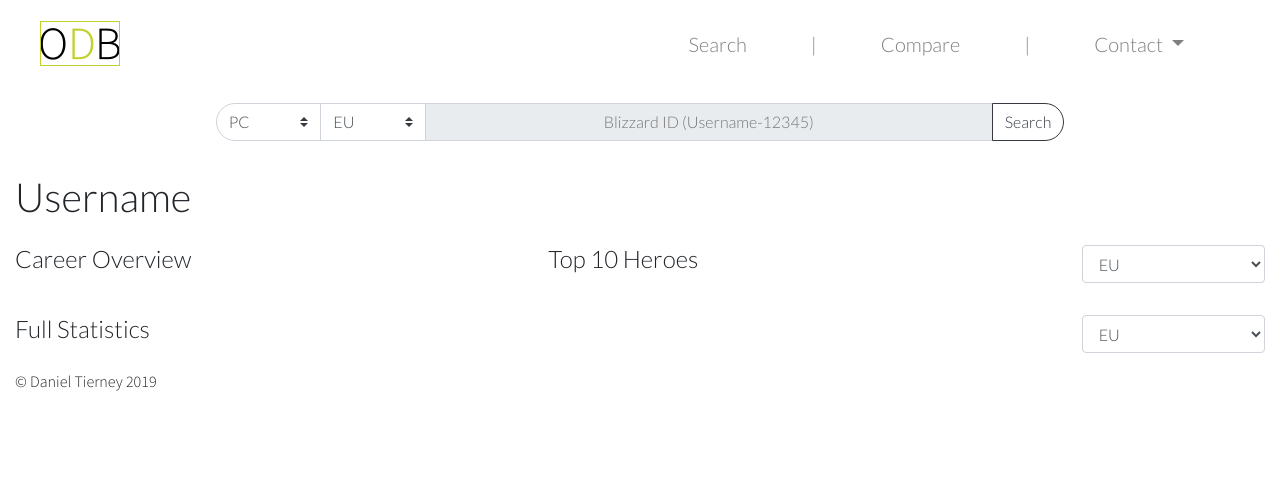
Repository: Cobonkoi/overwatch-dashboard
Page: search.html
The author's editor kept a record of every edit. The page is drawn from the files as they stood at one moment, then again after the next edit.
The browser window is 1280 px wide. The pictures show the whole page.

Above is the page before.

### search.html
<!DOCTYPE html>
<html lang="en">

<head>
    <meta charset="UTF-8">
    <meta name="viewport" content="width=device-width, initial-scale=1.0">
    <meta http-equiv="X-UA-Compatible" content="ie=edge">
    <title>Overwatch Dashboard</title>
    <link rel="stylesheet" href="libraries/bootstrap.min.css" type="text/css" />
    <link rel="stylesheet" href="https://stackpath.bootstrapcdn.com/font-awesome/4.7.0/css/font-awesome.min.css" type="text/css" />
    <link href="https://fonts.googleapis.com/css?family=Lato:300|Source+Sans+Pro:300&display=swap" rel="stylesheet">
    <link rel="stylesheet" href="assets/css/style.css" type="text/css" />
</head>

<body>
    <!-- NAVBAR -->
    <nav class="navbar navbar-expand-sm navbar-light my-2">
        <a href="index.html" class="navbar-brand ml-4"><img src="assets/images/brand-image.png" alt="Website Logo" width="80" height="45"></a>

        <button class="navbar-toggler ml-auto" type="button" data-toggle="collapse" data-target="#navbarNavDropdown" aria-controls="navbarNavDropdown" aria-expanded="false" aria-label="Toggle navigation">
            <span class="navbar-toggler-icon"></span></button>

        <div class="collapse navbar-collapse" id="navbarNavDropdown">
            <ul class="navbar-nav ml-auto mr-4">
                <li class="nav-item mr-5"><a class="nav-link" href="search.html">Search</a></li>
                <li class="mr-5 d-none d-sm-block"><a class="nav-link">|</a></li>
                <li class="nav-item mr-5"><a class="nav-link" href="compare.html">Compare</a></li>
                <li class="mr-5 d-none d-sm-block"><a class="nav-link">|</a></li>
                <li class="nav-item dropdown mr-5">
                    <a class="nav-link dropdown-toggle" href="" id="navbarDropdownMenuLink" role="button" data-toggle="dropdown" aria-haspopup="true" aria-expanded="false">
                      Contact
                    </a>
                    <div class="dropdown-menu" aria-labelledby="navbarDropdownMenuLink">
                        <a class="dropdown-item" href="featurerequest.html">Feature Request</a>
                        <a class="dropdown-item" href="bugreport.html">Bug Report</a>
                    </div>
                </li>
            </ul>
        </div>
    </nav>
    <!-- /NAVBAR -->

    <!-- SEARCH -->
    <div class="container search-container text-center d-none d-sm-block">
        <div class="row">
            <div class="col-12 my-3">
                <form class="form-inline" id="searchForm">
                    <div class="input-group mb-3 mx-auto">
                        <select class="custom-select rounded-left--search" id="searchFormPlatform" onchange="changeUsernamePlaceholder(); changeRegionHidden();">
                            <option disabled>Platform...</option>
                            <option value="pc">PC</option>
                            <option value="psn">PS4</option>
                            <option value="xbl">Xbox</option>
                        </select>
                        <select class="custom-select" id="searchFormRegion">
                            <option disabled>Region...</option>
                            <option value="eu">EU</option>
                            <option value="us">US</option>
                            <option value="asia">Asia</option>
                        </select>
                        <div class="input-group-append">
                            <input type="text" class="input-group-text" id="searchFormUsername" placeholder="Blizzard ID (Username-12345)" size="65" required>
                        </div>
                        <div class="input-group-append">
                            <button type="submit" class="btn btn-outline-dark rounded-right--search" form="searchForm">Search</button>                        </div>
                        </div>
                    </div>
                </form>
            </div>
        </div>
    </div>
    <!-- /SEARCH -->

        <!-- SEARCH-MOBILE -->
    <div class="container search-container text-center d-sm-none">
        <div class="row">
            <div class="col-12">
                <form class="form-group" id="searchFormMobile">
                    <div class="mb-3 mx-auto">
                        <select class="form-control my-4" id="searchFormPlatformMobile" onchange="changeUsernamePlaceholderMobile(); changeRegionHiddenMobile();">
                            <option disabled>Platform...</option>
                            <option value="pc">PC</option>
                            <option value="psn">PS4</option>
                            <option value="xbl">Xbox</option>
                        </select>
                        <select class="form-control my-4" id="searchFormRegionMobile">
                            <option disabled>Region...</option>
                            <option value="eu">EU</option>
                            <option value="us">US</option>
                            <option value="asia">Asia</option>
                        </select>
                        <div class="input-group-append my-4">
                            <input type="text" class="form-control" id="searchFormUsernameMobile" placeholder="Blizzard ID (Username-12345)" required>
                        </div>
                    </div>
                </form>
            </div>
        </div>
    </div>

    <div class="container-fluid text-center before-footer d-sm-none">
        <div class="row">
            <div class="col-12 mb-5">
                <button type="submit" class="btn btn-outline-dark btn-rounded btn--search" form="searchFormMobile">Search</button>
            </div>
        </div>
    </div>
    <!-- /SEARCH MOBILE -->

    <!-- HEADER -->
    <div class="container-fluid search-header-container">
        <div class="row">
            <div class="col-12 mb-3">
                <h1 class="" id="">Username</h1>
            </div>
        </div>
    </div>
    <!-- /HEADER -->

    <!-- CAREER OVERVIEW -->
    <div class="container-fluid career-overview-container">
        <div class="row">
            <div class="col-5 mb-3">
                <h4 class="" id="">Career Overview</h4>
            </div>
            <div class="col-5 mb-3">
                <h4 class="" id="">Top 10 Heroes</h4>
            </div>
            <div class="col-2 mb-3">
                <select class="form-control" id="">
                    <option disabled>Region...</option>
                    <option value="eu">EU</option>
                    <option value="us">US</option>
                    <option value="asia">Asia</option>
                </select>
            </div>
        </div>
        <div class="row">
            <div class="col-5 mb-3">
                <!-- overview table -->
            </div>
            <div class="col-7 mb-3">
                <!-- top 10 table -->
            </div>
        </div>
    </div>
    <!-- /CAREER OVERVIEW -->

    <!-- FULL STATISTICS -->
    <div class="container-fluid search-header-container">
        <div class="row">
            <div class="col-10 mb-3">
                <h4 class="" id="">Full Statistics</h4>
            </div>
            <div class="col-2 mb-3">
                <select class="form-control" id="">
                    <option disabled>Region...</option>
                    <option value="eu">EU</option>
                    <option value="us">US</option>
                    <option value="asia">Asia</option>
                </select>
            </div>
        </div>
    </div>
    <!-- /FULL STATISTICS -->


    <!-- <div class="container-fluid">
        <div class="row">
            <div class="col-12">
                <div>Games: </div>
                <div id="stat-games"></div><br>
                <div>Test Usernames: <br> Zael-2375 (PC, EU)<br> Sharpy-2695 (PC, EU)<br> MLGesus-21679 (PC, EU)<br> LicensedCntrctr (Xbox, US)<br> Ignortion (PS4, US)<br> NekoGirlMx (PS4, Asia)<br> shon bilinkis (Xbox, Asia)</div>
            </div>
        </div>
    </div> /-->

    <!-- FOOTER -->
    <footer class="footer">
        <div class="container-fluid">
            <div class="row">
                <div class="col-12 text-left">
                    <p>© Daniel Tierney 2019</p>
                </div>
            </div>
        </div>
    </footer>
    <!-- /FOOTER -->

    <!-- SCRIPTS -->
    <script src="libraries/jquery.slim.min.js"></script>
    <script src="libraries/bootstrap.bundle.min.js"></script>
    <script src="assets/javascript/main.js"></script>
    <!-- /SCRIPTS -->

</body>
</html>

### assets/css/style.css
html,
body {
    height: 100%;
}

body {
    font-family: 'Lato', sans-serif;
    display: flex;
    flex-direction: column;
}

p {
    font-family: 'Source Sans Pro', sans-serif;
}

/* -- NAVBAR -- */

.navbar-nav {
    font-size: 1.25rem;
}

/* -- FOOTER -- */

.before-footer {
    flex: 1 0 auto;
}

.footer {
    flex-shrink: 0;
}

/* -- CONTAINERS -- */

.callout-container {
    height: 30vh;

    display: flex;
    align-items: flex-end;
    justify-content: center;
}

.reminder-container {
    align-items: center;
    justify-content: center;
}

.search-container {
    align-items: center;
    justify-content: center;
}

/* -- FORM ASSETS -- */



/* -- BUTTONS -- */

.btn--search {
    font-size: 1.1rem;
    border-radius: 10rem;
    width: 10rem;
}

/* -- HEADERS -- */

#indexTitle {
    font-size: 3.5rem;
}

/* ---- MEDIA QUERIES ---- */

@media (min-width: 768px) {

/* -- FORM ASSETS -- */
    .rounded-left--search {
        border-top-left-radius: 10rem;
        border-bottom-left-radius: 10rem;
    }

    .rounded-right--search {
        border-top-right-radius: 10rem;
        border-bottom-right-radius: 10rem;
    }
}

### assets/javascript/main.js
const baseURL = "https://ow-api.com/v1/stats/";


function getData(type, cb) {
    var xhr = new XMLHttpRequest();

    var platform = document.getElementById("search-form-platform").value;
    var region = document.getElementById("search-form-region").value;
    var username = document.getElementById("search-form-username").value;

    if (platform == "pc") {
        var profileUrl = baseURL + platform + "/" + region + "/" + username + "/complete";
    } else {
        var profileUrl = baseURL + platform + "/"  + username + "/complete";
    }

    xhr.onreadystatechange = function() {
        if (this.readyState == 4 && this.status == 200) {
            cb(JSON.parse(this.responseText));
        }
    };

    xhr.open("GET", profileUrl);
    xhr.send();
}

function writeToDocument(type) {
    getData(type, function(data) {
        console.dir(data);
        document.getElementById("stat-games").innerHTML = `Played ${data.competitiveStats.games.played} / Won ${data.competitiveStats.games.won}`;
    });
}

function changeUsernamePlaceholder() {
    if (document.getElementById("searchFormPlatform").value == "pc") {
        document.getElementById("searchFormUsername").placeholder = "Blizzard ID (Username-12345)";
    } else if (document.getElementById("searchFormPlatform").value == "xbl") {
        document.getElementById("searchFormUsername").placeholder = "Gamertag";
    } else if (document.getElementById("searchFormPlatform").value == "psn") {
        document.getElementById("searchFormUsername").placeholder = "PSN ID";
    }
}

function changeUsernamePlaceholderMobile() {
    if (document.getElementById("searchFormPlatformMobile").value == "pc") {
        document.getElementById("searchFormUsernameMobile").placeholder = "Blizzard ID (Username-12345)";
    } else if (document.getElementById("searchFormPlatformMobile").value == "xbl") {
        document.getElementById("searchFormUsernameMobile").placeholder = "Gamertag";
    } else if (document.getElementById("searchFormPlatformMobile").value == "psn") {
        document.getElementById("searchFormUsernameMobile").placeholder = "PSN ID";
    }
}

function changeRegionHidden() {
    if (document.getElementById("searchFormPlatform").value == "pc") {
        var regionDropdown = document.getElementById("searchFormRegion");
        regionDropdown.removeAttribute("hidden");
    } else if (document.getElementById("searchFormPlatform").value == "xbl") {
        var regionDropdown = document.getElementById("searchFormRegion");
        regionDropdown.setAttribute("hidden", true);
    } else if (document.getElementById("searchFormPlatform").value == "psn") {
        var regionDropdown = document.getElementById("searchFormRegion");
        regionDropdown.setAttribute("hidden", true);
    }
}

function changeRegionHiddenMobile() {
    if (document.getElementById("searchFormPlatformMobile").value == "pc") {
        var regionDropdownMobile = document.getElementById("searchFormRegionMobile");
        regionDropdownMobile.removeAttribute("hidden");
    } else if (document.getElementById("searchFormPlatformMobile").value == "xbl") {
        var regionDropdownMobile = document.getElementById("searchFormRegionMobile");
        regionDropdownMobile.setAttribute("hidden", true);
    } else if (document.getElementById("searchFormPlatformMobile").value == "psn") {
        var regionDropdownMobile = document.getElementById("searchFormRegionMobile");
        regionDropdownMobile.setAttribute("hidden", true);
    }
}

Loaded but not shown: libraries/bootstrap.min.css (library); libraries/jquery.slim.min.js (library); libraries/bootstrap.bundle.min.js (library)

After the next edit:
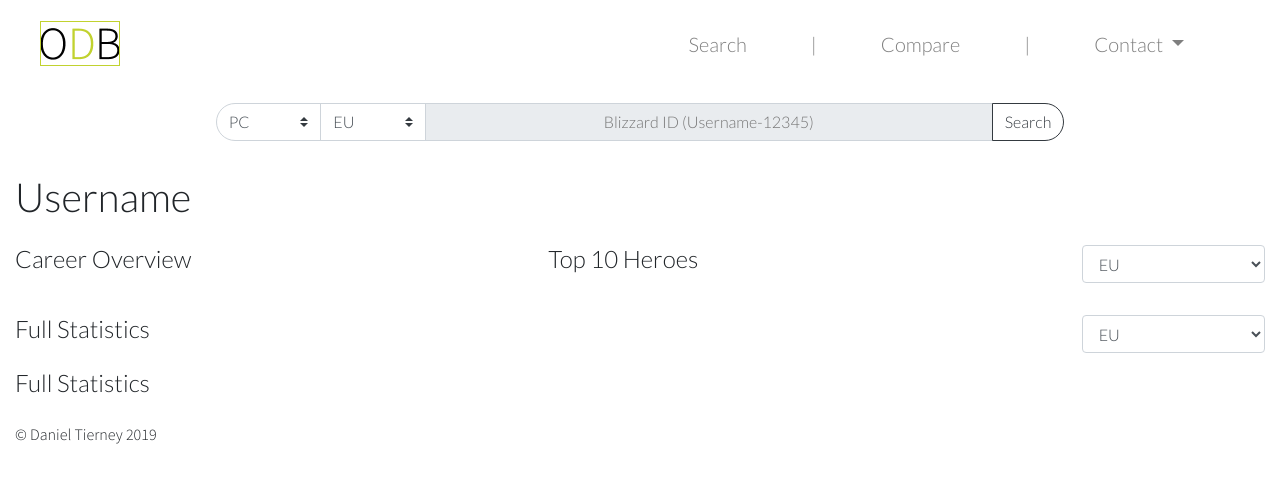
The edit:
--- a/search.html
+++ b/search.html
@@ -161,6 +161,11 @@
                 </select>
             </div>
         </div>
+        <div class="row">
+            <div class="col-10 mb-3">
+                <h4 class="" id="">Full Statistics</h4>
+            </div>
+        </div>
     </div>
     <!-- /FULL STATISTICS -->
 
